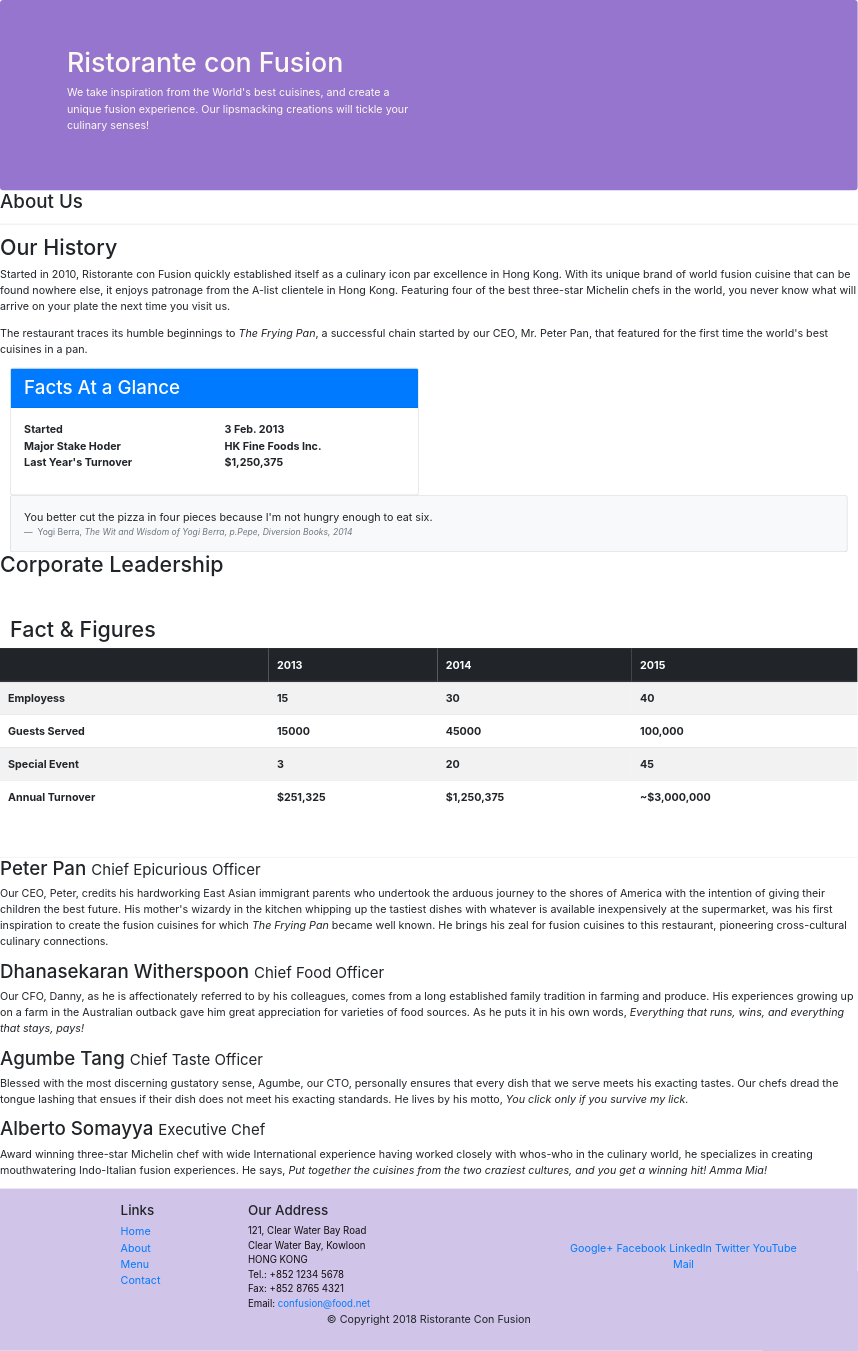
Repository: HwZau/conFusion
Page: aboutus.html
These files come from the project's save history. The page is drawn as it stood at one moment and after the next save; the edit follows.
The browser window is 1280 px wide. The pictures show the whole page, at 67% of full size.

Above is the page before, as saved 2022-05-19 11:06:58.

### aboutus.html
<!DOCTYPE html>
<html lang="en">

<head>
  <title>Ristorante Con Fusion: About Us</title>
  <meta charset="utf-8" />
  <meta name="viewport" content="width=device-width, initial-scale=1, shrink-to-fit=no" />
  <meta http-equiv="x-ua-compatible" content="ie=edge" />

  <!-- Bootstrap CSS -->
  <link rel="stylesheet" href="node_modules/bootstrap/dist/css/bootstrap.min.css" />
  <link rel="stylesheet" href="node_modules/font-awesome/css/font-awesome.min.css" />
  <link rel="stylesheet" href="node_modules/bootstrap-social/bootstrap-social.css" />
  <link rel="stylesheet" href="css/style.css" />
</head>
</head>

<body>
  <header class="jumbotron">
    <div class="container">
      <div class="row row-header">
        <div class="col-12 col-sm-6">
          <h1>Ristorante con Fusion</h1>
          <p>
            We take inspiration from the World's best cuisines, and create a
            unique fusion experience. Our lipsmacking creations will tickle
            your culinary senses!
          </p>
        </div>
        <div class="col-12 col-sm"></div>
      </div>
    </div>
  </header>

  <div>
    <div>
      <div>
        <h3>About Us</h3>
        <hr />
      </div>
    </div>

    <div>
      <div>
        <h2>Our History</h2>
        <p>
          Started in 2010, Ristorante con Fusion quickly established itself as
          a culinary icon par excellence in Hong Kong. With its unique brand
          of world fusion cuisine that can be found nowhere else, it enjoys
          patronage from the A-list clientele in Hong Kong. Featuring four of
          the best three-star Michelin chefs in the world, you never know what
          will arrive on your plate the next time you visit us.
        </p>
        <p>
          The restaurant traces its humble beginnings to
          <em>The Frying Pan</em>, a successful chain started by our CEO, Mr.
          Peter Pan, that featured for the first time the world's best
          cuisines in a pan.
        </p>
      </div>
      <div class="col-12 col-sm-6">
        <div class="card">
          <h3 class="card-header bg-primary text-white">Facts At a Glance</h3>
          <div class="card-body">
            <dl class="row">
              <dt class="col-6">Started</dt>
              <dt class="col-6">3 Feb. 2013</dt>
              <dt class="col-6">Major Stake Hoder</dt>
              <dt class="col-6">HK Fine Foods Inc.</dt>
              <dt class="col-6">Last Year's Turnover</dt>
              <dt class="col-6">$1,250,375</dt>
              <dt class="col-6"></dt>
              <dt class="col-6"></dt>
            </dl>
          </div>
        </div>
      </div>
      <div class="col-12">
        <div class="card card-body bg-light">
          <p class="mb-0">You better cut  the pizza in four pieces because I'm not hungry enough to eat six.</p>
          <footer class="blockquote-footer">
            Yogi Berra, <cite title="Source Title">The Wit and Wisdom of Yogi Berra, p.Pepe, Diversion Books, 2014</cite>
          </footer>
        </div>
      </div>
    </div>

    <div>
      <div>
        <h2>Corporate Leadership</h2>
        <div class="row row-content">
          <div class="col-12 col-sm-9">
            <h2>Fact &amp; Figures</h2>
          </div>
          <div class="col-12 col-sm-3"></div>

          <div class="table-responsive">
            <table class="table table-striped">
              <thead class="thead-dark">
                <tr>
                  <th>&nbsp;</th>
                  <th>2013</th>
                  <th>2014</th>
                  <th>2015</th>
                </tr>
              </thead>
              <tbody>
                <tr>
                  <th>Employess</th>
                  <th>15</th>
                  <th>30</th>
                  <th>40</th>
                </tr>
                <tr>
                  <th>Guests Served</th>
                  <th>15000</th>
                  <th>45000</th>
                  <th>100,000</th>
                </tr>
                <tr>
                  <th>Special Event</th>
                  <th>3</th>
                  <th>20</th>
                  <th>45</th>
                </tr>
                <tr>
                  <th>Annual Turnover</th>
                  <th>$251,325</th>
                  <th>$1,250,375</th>
                  <th>~$3,000,000</th>
                </tr>
              </tbody>
            </table>
          </div>
        </div>
        <h3>Peter Pan <small>Chief Epicurious Officer</small></h3>
        <p>
          Our CEO, Peter, credits his hardworking East Asian immigrant parents
          who undertook the arduous journey to the shores of America with the
          intention of giving their children the best future. His mother's
          wizardy in the kitchen whipping up the tastiest dishes with whatever
          is available inexpensively at the supermarket, was his first
          inspiration to create the fusion cuisines for which
          <em>The Frying Pan</em> became well known. He brings his zeal for
          fusion cuisines to this restaurant, pioneering cross-cultural
          culinary connections.
        </p>
        <h3>Dhanasekaran Witherspoon <small>Chief Food Officer</small></h3>
        <p>
          Our CFO, Danny, as he is affectionately referred to by his
          colleagues, comes from a long established family tradition in
          farming and produce. His experiences growing up on a farm in the
          Australian outback gave him great appreciation for varieties of food
          sources. As he puts it in his own words,
          <em>Everything that runs, wins, and everything that stays, pays!</em>
        </p>
        <h3>Agumbe Tang <small>Chief Taste Officer</small></h3>
        <p>
          Blessed with the most discerning gustatory sense, Agumbe, our CTO,
          personally ensures that every dish that we serve meets his exacting
          tastes. Our chefs dread the tongue lashing that ensues if their dish
          does not meet his exacting standards. He lives by his motto,
          <em>You click only if you survive my lick.</em>
        </p>
        <h3>Alberto Somayya <small>Executive Chef</small></h3>
        <p>
          Award winning three-star Michelin chef with wide International
          experience having worked closely with whos-who in the culinary
          world, he specializes in creating mouthwatering Indo-Italian fusion
          experiences. He says,
          <em>Put together the cuisines from the two craziest cultures, and you
            get a winning hit! Amma Mia!</em>
        </p>
      </div>
    </div>
  </div>

  <footer class="footer">
    <div class="container">
      <div class="row">
        <div class="col-4 offset-1 col-sm-2">
          <h5>Links</h5>
          <ul class="list-unstyled">
            <li><a href="#">Home</a></li>
            <li><a href="#">About</a></li>
            <li><a href="#">Menu</a></li>
            <li><a href="#">Contact</a></li>
          </ul>
        </div>
        <div class="col-7 col-sm-5">
          <h5>Our Address</h5>
          <address>
            121, Clear Water Bay Road<br />
            Clear Water Bay, Kowloon<br />
            HONG KONG<br />
            Tel.: +852 1234 5678<br />
            Fax: +852 8765 4321<br />
            Email: <a href="mailto:confusion@food.net">confusion@food.net</a>
          </address>
        </div>
        <div class="col-12 col-sm-4 align-self-center">
          <div class="text-center">
            <a href="http://google.com/+">Google+</a>
            <a href="http://www.facebook.com/profile.php?id=">Facebook</a>
            <a href="http://www.linkedin.com/in/">LinkedIn</a>
            <a href="http://twitter.com/">Twitter</a>
            <a href="http://youtube.com/">YouTube</a>
            <a href="mailto:">Mail</a>
          </div>
        </div>
      </div>
      <div class="row justify-content-center">
        <div class="col-auto">
          <p>© Copyright 2018 Ristorante Con Fusion</p>
        </div>
      </div>
    </div>
  </footer>
</body>

</html>

### css/style.css

.row-header {
	margin: 0px auto;
	padding: 0px auto;
}

.row-content {
	margin: 0 auto;
	padding: 50px 0px 50px 0px;
	border-bottom: 1px ridge;
	min-height: 400px;
}

.footer {
	background-color: #D1C4E9;
	margin: 0px auto;
	padding: 20px 0px 20px 0px;
}

.jumbotron {
	padding: 70px 30px 70px 30px;
	margin: 0px auto;
	background: #9575CD;
	color: floralwhite;
}

address {
	font-size: 90%;
	margin: 0px;
	color:#0f0f0f;
}

Loaded but not shown: node_modules/bootstrap/dist/css/bootstrap.min.css (library); node_modules/font-awesome/css/font-awesome.min.css (library); node_modules/bootstrap-social/bootstrap-social.css (library)

After the next save:
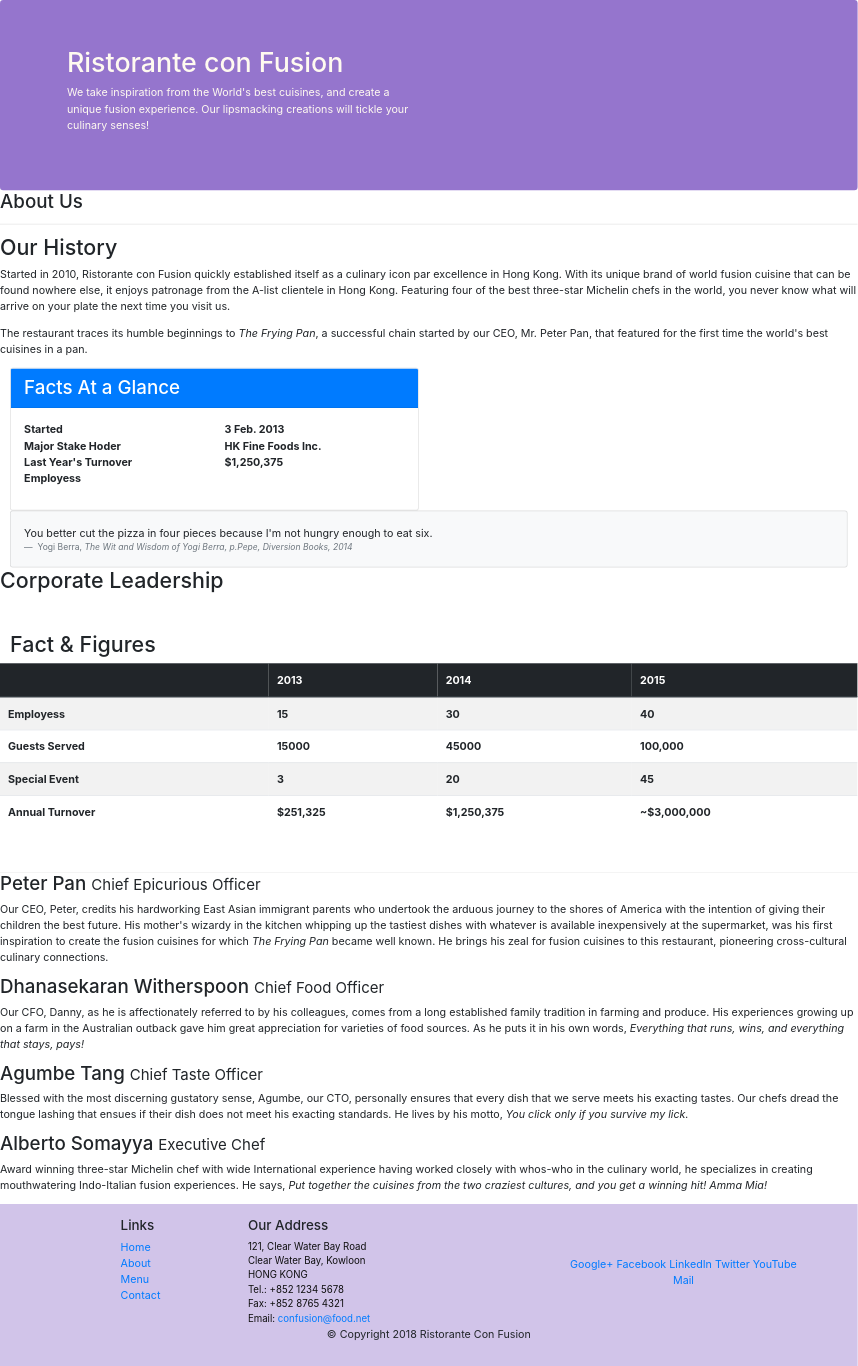
Saved 4 s later.
--- a/aboutus.html
+++ b/aboutus.html
@@ -69,7 +69,7 @@
               <dt class="col-6">HK Fine Foods Inc.</dt>
               <dt class="col-6">Last Year's Turnover</dt>
               <dt class="col-6">$1,250,375</dt>
-              <dt class="col-6"></dt>
+              <dt class="col-6">Employess</dt>
               <dt class="col-6"></dt>
             </dl>
           </div>

After the save that followed:
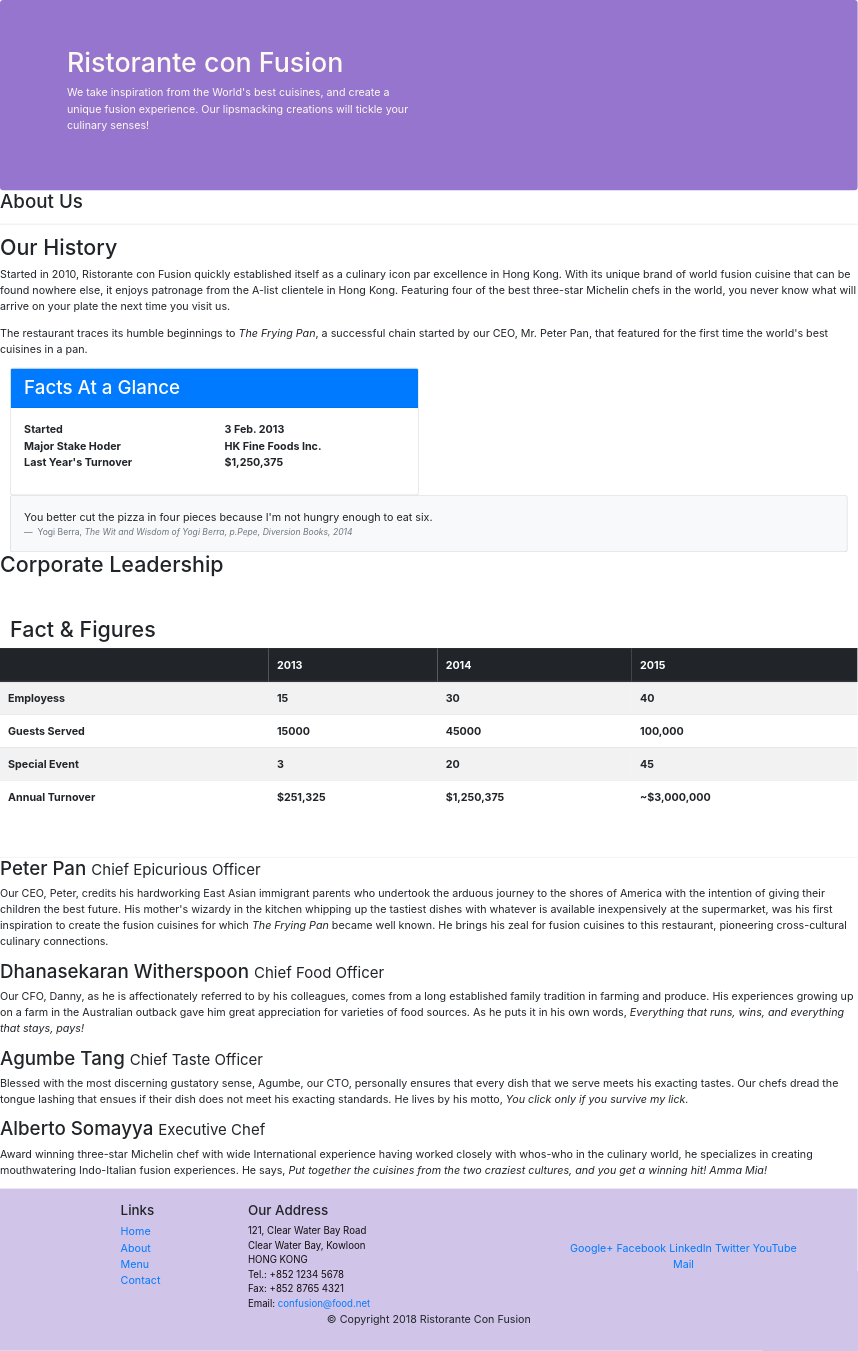
Saved 4 s later.
--- a/aboutus.html
+++ b/aboutus.html
@@ -69,7 +69,7 @@
               <dt class="col-6">HK Fine Foods Inc.</dt>
               <dt class="col-6">Last Year's Turnover</dt>
               <dt class="col-6">$1,250,375</dt>
-              <dt class="col-6">Employess</dt>
+              <dt class="col-6"></dt>
               <dt class="col-6"></dt>
             </dl>
           </div>
